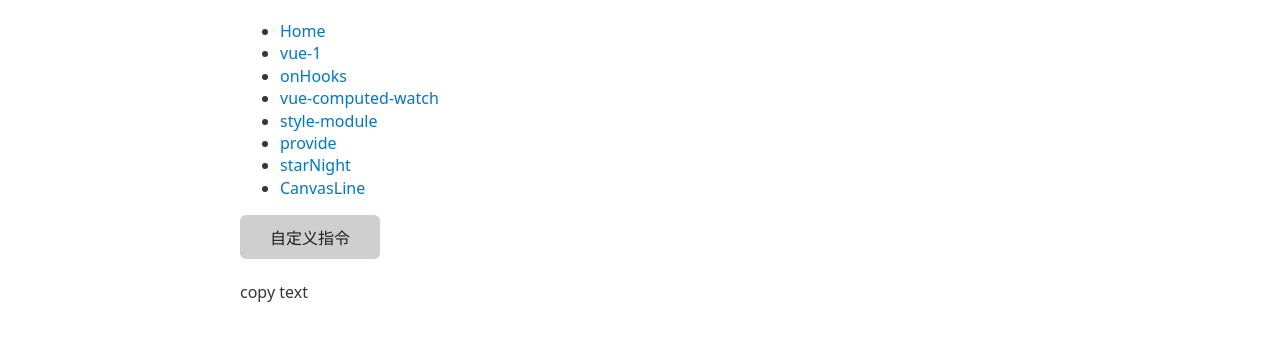
Repository: 596178924/vue3-ts-html
Page: /
These files come from the project's save history. The page is drawn as it stood at one moment and after the next save; the edit follows.
The browser window is 1280 px wide. The pictures show the whole page.
The project was rebuilt for these pictures with package versions that can differ from the ones it lists, and the page was loaded fresh each time. Also part of the build but not shown: vue.config.js.

Above is the page before, as saved 2022-02-16 17:28:25.

### public/index.html
<!DOCTYPE html>
<html lang="">
  <head>
    <meta charset="utf-8">
    <meta http-equiv="X-UA-Compatible" content="IE=edge">
    <meta name="viewport" content="width=device-width,initial-scale=1.0">
	<link rel="stylesheet" href="https://cdn.jsdelivr.net/npm/water.css@2/out/water.css">
    <link rel="icon" href="<%= BASE_URL %>favicon.ico">
    <title><%= htmlWebpackPlugin.options.title %></title>
  </head>
  <body>
    <noscript>
      <strong>We're sorry but <%= htmlWebpackPlugin.options.title %> doesn't work properly without JavaScript enabled. Please enable it to continue.</strong>
    </noscript>
    <div id="app"></div>
    <!-- built files will be auto injected -->
  </body>
</html>

### src/main.ts
import { createApp } from 'vue';
import App from './App.vue';
import router from './router';
import { createPinia } from 'pinia';
import directive from "./utils/directives";
const app = createApp(App);
app.use(createPinia());
app.use(router);
app.use(directive);
app.mount('#app');

### src/App.vue
<template>
  <Nav></Nav>
  <router-view/>
</template>

<script setup lang="ts">
import Nav from "@/components/nav.vue";
</script>
<style lang="scss">

</style>

### src/router/index.ts
import { createRouter, createWebHashHistory, RouteRecordRaw } from 'vue-router';

export const routes: Array<RouteRecordRaw> = [
	{
		path: '/',
		name: 'Home',
		component: () => import('@/views/Home.vue')
	},
	{
		path: '/vue-1',
		name: 'vue-1',
		component: () => import('@/views/vue-1.vue')
	},
	{
		path: '/onHooks',
		name: 'onHooks',
		component: () => import('@/views/onHooks.vue')
	},
	{
		path: '/vue-computed-watch',
		name: 'vue-computed-watch',
		component: () => import('@/views/vue-computed-watch.vue')
	},
	{
		path: '/style-module',
		name: 'style-module',
		component: () => import('@/views/style-module.vue')
	},
	{
		path: '/provide',
		name: 'provide',
		component: () => import('@/views/provide.vue')
	},
	{
		path: '/starNight',
		name: 'starNight',
		component: () => import('@/views/starNight.vue')
	},
	{
		path: '/CanvasLine',
		name: 'CanvasLine',
		component: () => import('@/views/CanvasLine.vue')
	},

];

const router = createRouter({
	history: createWebHashHistory(),
	routes
});

export default router;

### src/utils/directives/index.ts
import { App } from "vue";
import VCopy from "./v-copy";
import VFocus from "./v-focus"
export default (app: App<Element>) => {
    app.directive('copy', VCopy);
    app.directive('focus', VFocus);
}

### src/components/nav.vue
<template>
    <ul>
        <li v-for="(item, index) in navList" :key="index">
            <router-link :to="item.path">{{ item.name }}</router-link>
        </li>
    </ul>
</template>
<script setup lang="ts">
import { routes } from "@/router/index";
const navList = routes.map((item) => ({
    path: item.path,
    name: item.name
}))
</script>

### src/views/Home.vue
<template>
    <div class="">
        <!-- <button v-copy="'自定义指令 copy text'" @click="say">自定义指令</button> -->
        <button v-copy="{text:'自定义指令 copy text',response:say}" @click="say()">自定义指令</button>
        <!-- <button  v-copy @click="say">自定义指令</button> -->
        <!-- <input v-focus type="text" placeholder="自动获取焦点"> -->
        <p v-copy:pointer>copy text</p>
    </div>
</template>

<script setup lang="ts" >

function say(res ?: boolean) {
    console.log('组件内的点击事件',res);
}
</script>
<style lang="scss" scoped>
.p {
    cursor: pointer;
}
</style>

### src/utils/directives/v-copy.ts
export const copyText = function (text: string) {
    // console.log(text)
    let textareaEl = document.createElement('textarea');
    textareaEl.setAttribute('readonly', 'readonly'); // 防止手机上弹出软键盘
    textareaEl.value = text;
    document.body.appendChild(textareaEl);
    textareaEl.select();
    let success = document.execCommand('copy');
    document.body.removeChild(textareaEl);
    return success;
}

export default (el: HTMLElement, binding: any) => {
    console.log('copy', el, binding)
    console.log('copy', binding.value)
    el.style.cursor = 'pointer'
    const value = binding.value || el.innerText || '';
    // const elText:string = binding.value[text];
    let text: string = value.text || value;
    el.onclick = function () {
        let copyResponse = copyText(text);
        if(value.response) {
            value.response(copyResponse)
        }
    }
    // el.addEventListener('click', copyText(binding.value))
}

### src/utils/directives/v-focus.ts
export default (el:HTMLElement,binding: any) =>{
    console.log('focus',el,binding)
    console.dir('focus',binding)
    el.focus()
}

After the next save:
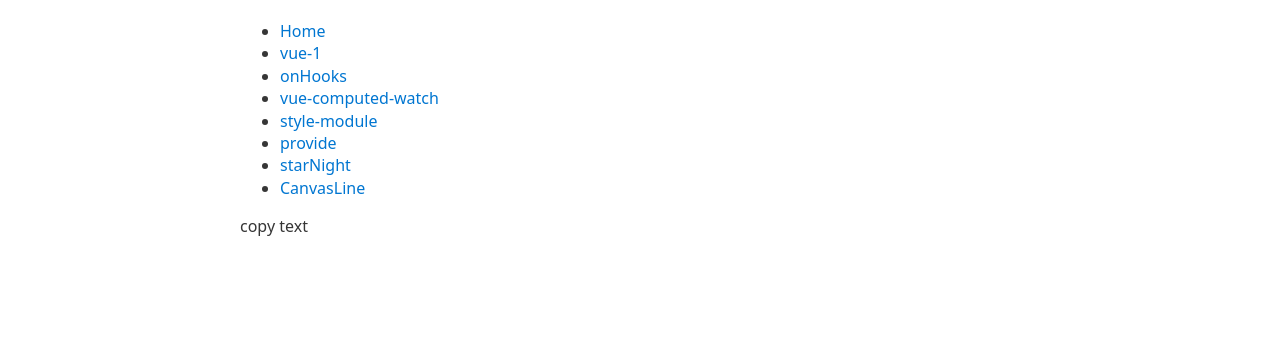
Saved 7 s later.
--- a/src/views/Home.vue
+++ b/src/views/Home.vue
@@ -1,7 +1,7 @@
 <template>
     <div class="">
         <!-- <button v-copy="'自定义指令 copy text'" @click="say">自定义指令</button> -->
-        <button v-copy="{text:'自定义指令 copy text',response:say}" @click="say()">自定义指令</button>
+        <!-- <button v-copy="{text:'自定义指令 copy text',response:say}" @click="say()">自定义指令</button> -->
         <!-- <button  v-copy @click="say">自定义指令</button> -->
         <!-- <input v-focus type="text" placeholder="自动获取焦点"> -->
         <p v-copy:pointer>copy text</p>
